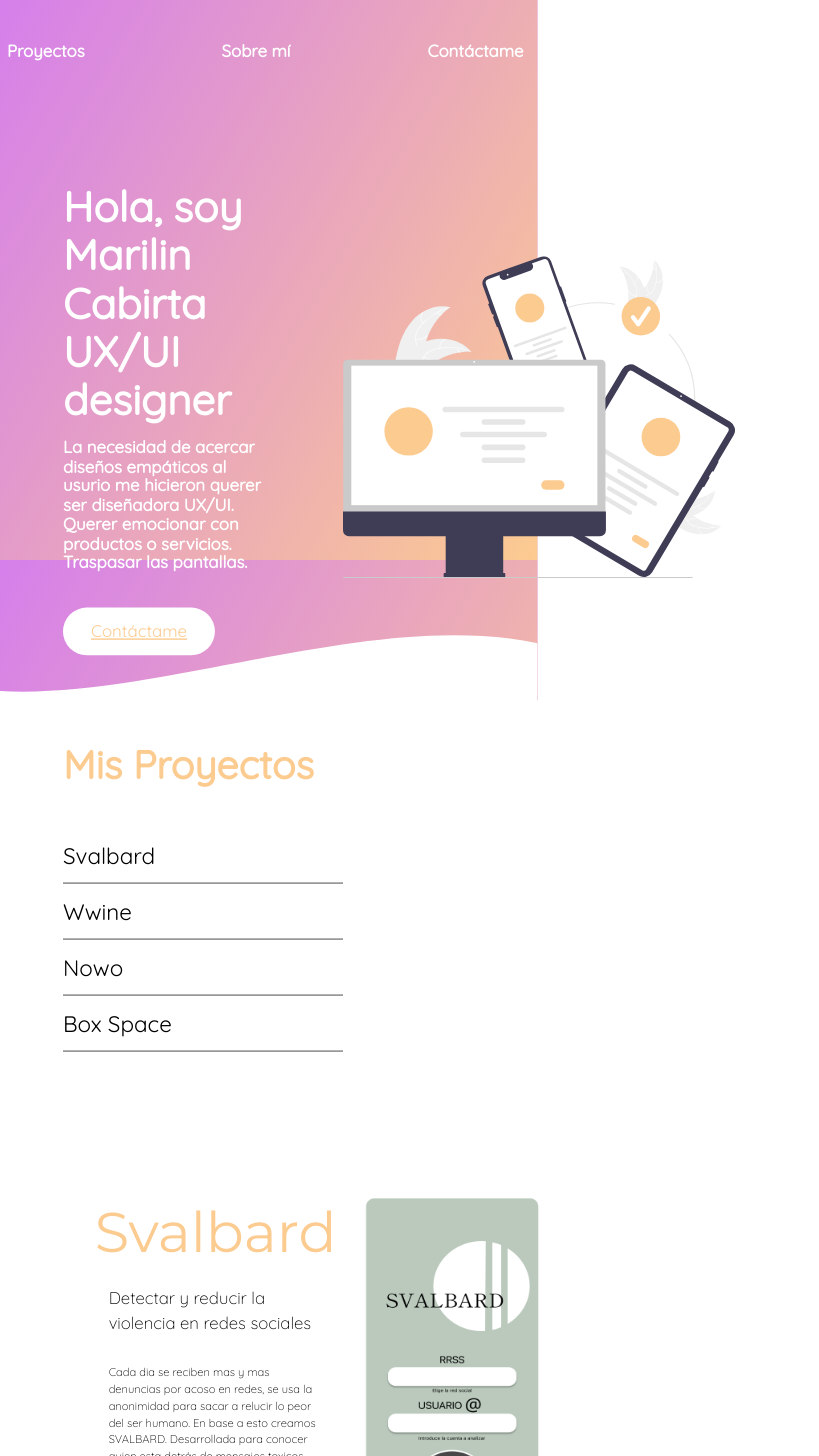
Repository: Marilyncabirta/portfolioHTML
Page: index.html
An editor plug-in stored every save of this project. The page is shown before and after the next save, followed by the edit.
The browser window is 768 px wide. The page is 1170 px wide, then 1147 px, so the pictures cover 1170 px, including what lies to the right of the window. The pictures show the part of the page from y = 0 to 2080 px (the page is 5265 px tall before and 4353 px after), at 70% of full size.
Backgrounds fixed to the window are drawn as part of the page. Some web libraries are served in a nearby version.

Above is the page before, as saved 2022-12-16 12:52:48.

After the next save:
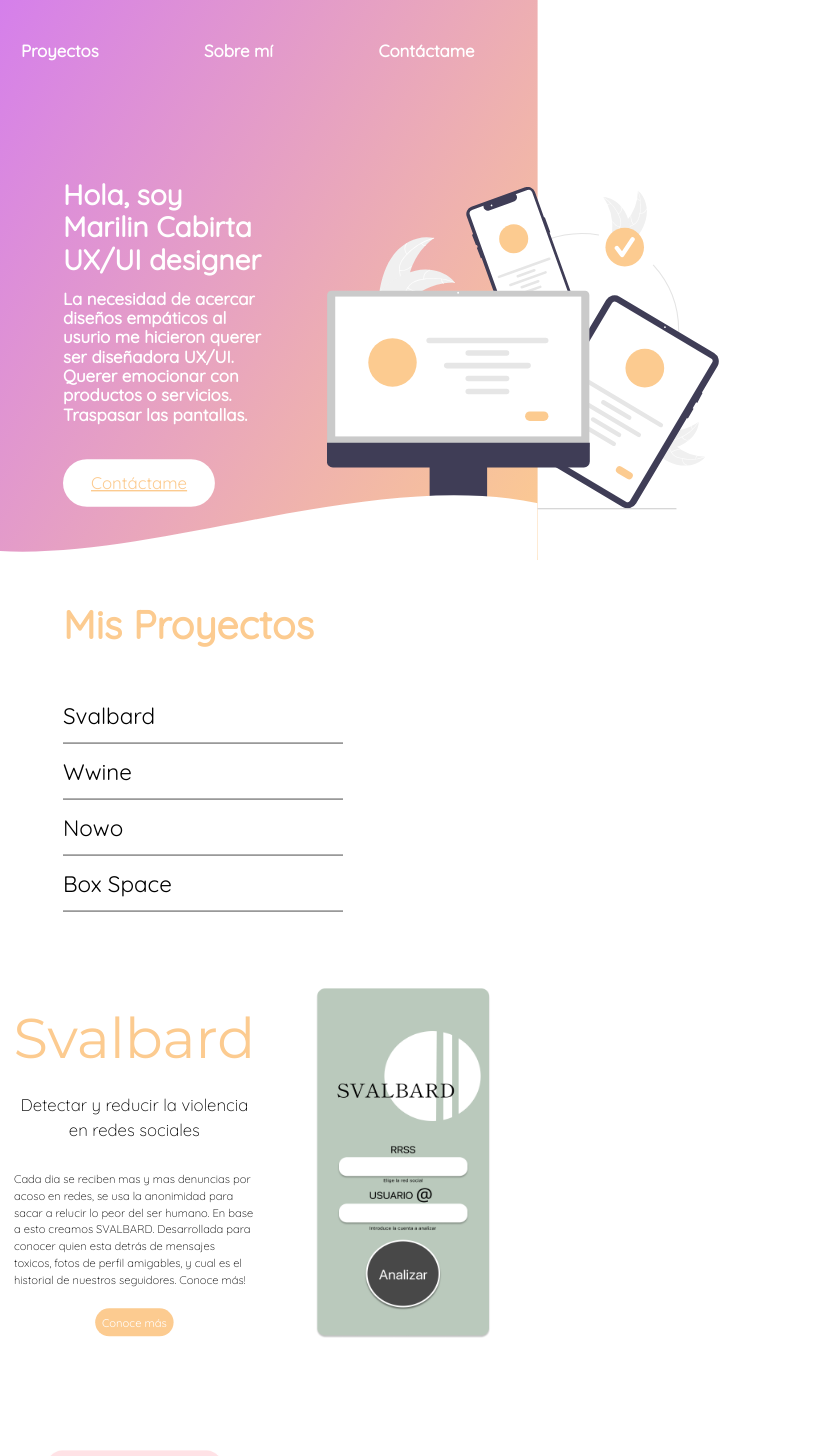
Saved 50 s later.
--- a/css/estilos.css
+++ b/css/estilos.css
@@ -347,15 +347,64 @@ text-decoration: underline;
             color: white;
             text-decoration: none;
             font-size: 24px;
-            padding: 10px 10px;
-            margin-right: 10px;
+            padding: 10px 30px;
+            margin-right: 60px;
             font-weight: inherit;
         }
 
         .nav__items--footer{
             border: none;
         }
-
+        .hero{
+            width: 0%;
+        }
+
+        .hero__texts{
+            width: 100%;
+            margin-bottom: 50px;
+        }
+        .hero__title{
+            font-size: 2.5rem;
+            margin-bottom: 20px;
+        }
+
+        .hero__subtitle{
+            font-size: 1.5rem;
+        }
+
+        .hero{
+            width: 100%;
+            height: 800px;
+            background-image: var(--background);
+            background-repeat: no-repeat;
+            background-attachment: fixed;
+            position: relative;
+        }
+
+        .about__container{
+            width: 100%;
+            min-height: 600px;
+        }
+        .about__texts{
+            width: 100%;
+            justify-content: center;
+            text-align: center;
+            margin: 60px 0px;
+
+        }
+
+        .hero_image{
+            width: 70%;
+        }
+
+        .presentacion__container{
+            width: 80%;
+        }
+
+         .about__img{
+            width: auto;
+            text-align: center;
+        }
     .footer{
         width: 100%;
     }
